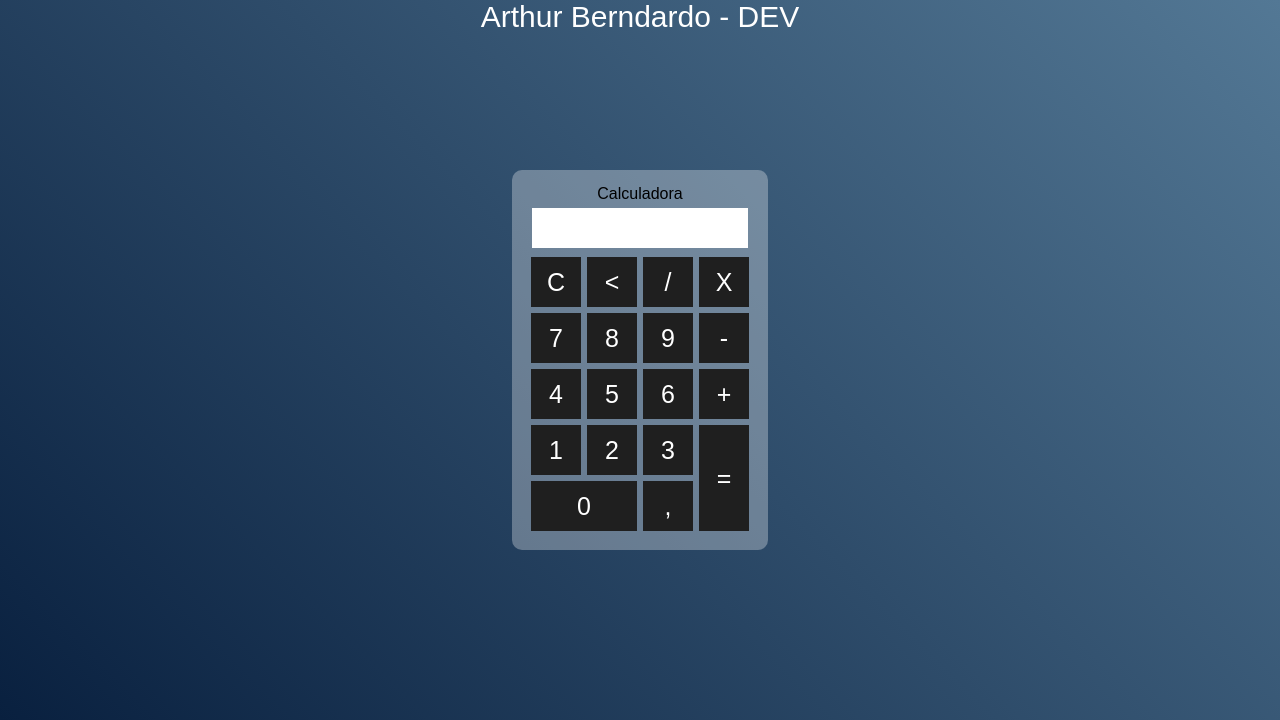
Repository: oThurDev/calculadora
Page: calculadora.html
The author's editor kept a copy of each file at every save. The page is drawn from the files as they stood at one save, then again after the next save.
The browser window is 1280 px wide. The pictures show the whole page.

Above is the page before, as saved 2022-03-02 20:08:38.

### calculadora.html
<!DOCTYPE html>
<html lang="en">
<head>
    <meta charset="UTF-8">
    <meta name="viewport" content="width=device-width, initial-scale=1.0">
    <link rel="stylesheet" href="style_calculadora.css">
    <script src="./functions-calculator.js"></script>

    <title>Calculadora - Arthur Berndardo</title>
</head>
<body>
    <div class="fundo">
        <span class="title">Arthur Berndardo - DEV</span>
        <div class="calculadora">
            <span class="title-calculator">Calculadora</span>
            <p id="resultado"></p>
            <table>
                <tr>
                    <td><button class="botao" onclick="clean()">C</button></td>
                    <td><button class="botao" onclick="back()"><</button></td>
                    <td><button class="botao" onclick="insert('/')">/</button></td>
                    <td><button class="botao" onclick="insert('x')">X</button></td>
                </tr>
                <tr>
                    <td><button class="botao" onclick="insert('7')">7</button></td>
                    <td><button class="botao" onclick="insert('8')">8</button></td>
                    <td><button class="botao" onclick="insert('9')">9</button></td>
                    <td><button class="botao" onclick="insert('-')">-</button></td>
                </tr>
                <tr>
                    <td><button class="botao" onclick="insert('4')">4</button></td>
                    <td><button class="botao" onclick="insert('5')">5</button></td>
                    <td><button class="botao" onclick="insert('6')">6</button></td>
                    <td><button class="botao" onclick="insert('+')">+</button></td>
                </tr>
                <tr>
                    <td><button class="botao" onclick="insert('1')">1</button></td>
                    <td><button class="botao" onclick="insert('2')">2</button></td>
                    <td><button class="botao" onclick="insert('3')">3</button></td>
                    <td rowspan="2"><button class="botao" style="height: 106px;" onclick="calcular()">=</button></td>
                </tr>
                <tr>
                    <td colspan="2"><button class="botao" style="width: 106px;" onclick="insert('0')">0</button></td>
                    <td><button class="botao" onclick="insert(',')">,</button></td>
                </tr>
            </table>
        </div>
    </div>
</body>
</html>

### style_calculadora.css
*{
    margin: 0;
    padding: 0;
}

.fundo{
    background-image: linear-gradient(45deg, #09203f, #537895);
    height: 100vh;
    color: black;
    font-family: Arial, Helvetica, sans-serif;
    text-align: center;
}

.title{
    font-size: 30px;
    color: white;
}

.calculadora{
    position: absolute;
    background-color: rgba(255, 255, 255, 0.3);
    top: 50%;
    left: 50%;
    transform: translate(-50%, -50%);
    border-radius: 10px;
    padding: 15px;
}

.botao{
    width: 50px;
    height: 50px;
    font-size: 25px;
    cursor: pointer;
    background-color: rgb(31, 31, 31);
    border: none;
    color: white;
    margin: 2px;
}

.botao:hover{
    background-color: black;
}

#resultado{
    background-color: white;
    height: 30px;
    margin: 5px;
    font-size: 20px;
    text-align: right;
    padding: 5px;
}

### functions-calculator.js
function insert(num)
{
    var numero = document.getElementById('resultado').innerHTML;
    document.getElementById('resultado').innerHTML = numero + num;
}

function clean()
{
    document.getElementById('resultado').innerHTML = "";
}

function back()
{
    var resultado = document.getElementById('resultado').innerHTML;
    document.getElementById('resultado').innerHTML = resultado.substring(0, resultado.length -1)
}

function calcular()
{
    var resultado = document.getElementById('resultado').innerHTML;
    if(resultado)
    {
        document.getElementById('resultado').innerHTML = eval(resultado)
    }
    else
    {
        document.getElementById('resultado').innerHTML = 'nada para calcular'
    }
}

After the next save:
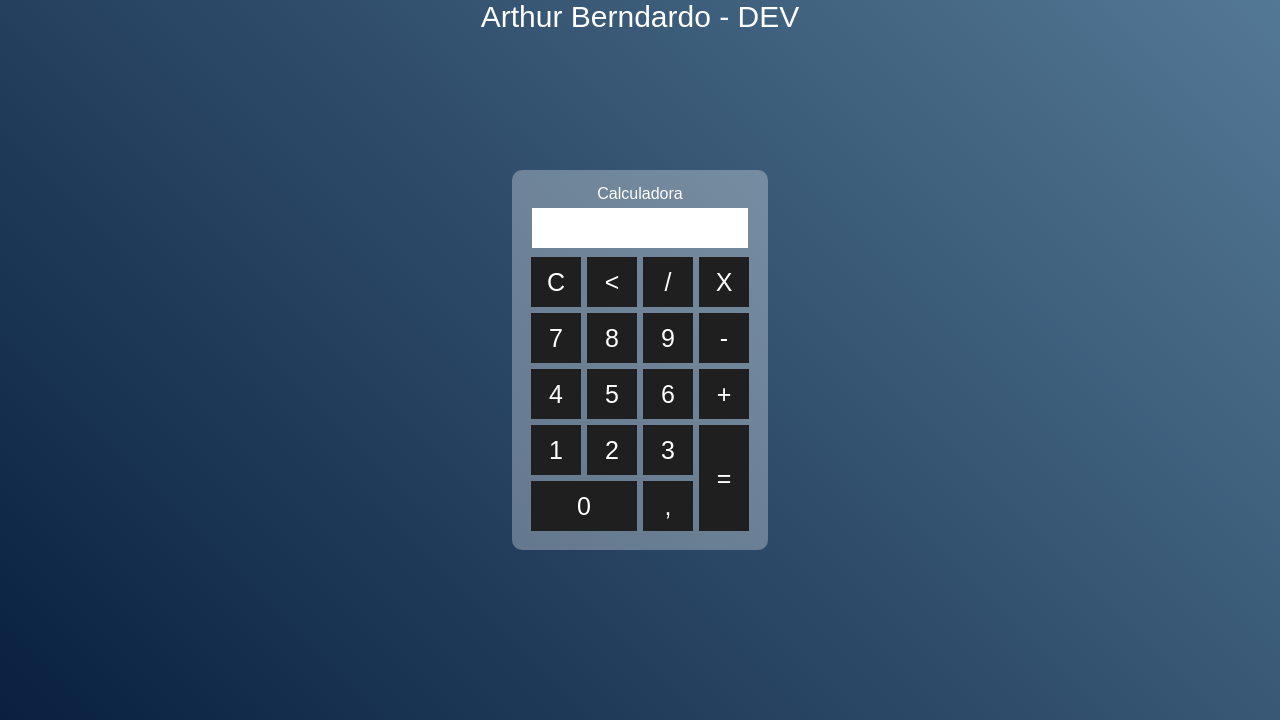
Saved 32 s later.
--- a/style_calculadora.css
+++ b/style_calculadora.css
@@ -24,6 +24,10 @@
     transform: translate(-50%, -50%);
     border-radius: 10px;
     padding: 15px;
+
+    .title-calculator{
+        color: white;
+    }
 }
 
 .botao{
